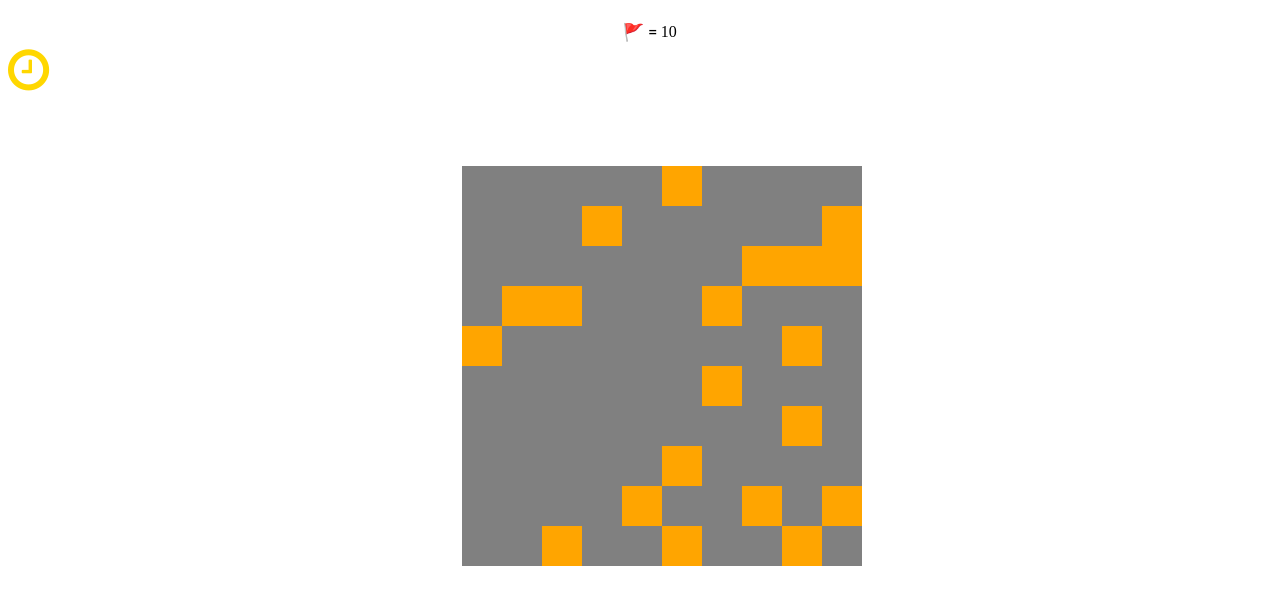
Repository: issaRan/MineSweeper
Page: html/index.html
The author's editor kept a copy of each file at every save. The page is drawn from the files as they stood at one save, then again after the next save.
The browser window is 1280 px wide. The pictures show the whole page.

Above is the page before, as saved 2020-10-23 16:23:11.

### html/index.html
<!DOCTYPE html>
<html lang="en">
<head>
    <meta charset="UTF-8">
    <meta name="viewport" content="width=device-width, initial-scale=1.0">
    <title>MineSweeper</title>
    <link rel="stylesheet" href="../css/styles.css">
    <link rel="stylesheet" href="https://cdnjs.cloudflare.com/ajax/libs/font-awesome/4.7.0/css/font-awesome.min.css">
    <script src="../js/index.js" charset="utf-8"></script>
</head>
<body>
  <div class="flags">🚩 = </div><div class="numOfFlag">10</div>
  <div class="grid"></div>
  <i class="fa fa-clock-o" style="font-size:48px;color:#FFD700"></i>
</body>
</html>

### css/styles.css
.grid {
    height: 400px;
    width: 400px;
    display: flex;
    flex-wrap: wrap;
    background-color: grey;
    position: absolute;
    top: 30%;
    left: 40%;
    margin-top: -50px;
    margin-left: -50px;
    border:1px solid 1px
}
h1{
    position: absolute;
    text-align: center;
}
.fafaClockO{
    font-size:48px;
    color:#FFD700"
}
.grid div {
    border: 5px;
    border-color: #f5f3eb;
    box-sizing: border-box;
    height: 40px;
    width: 40px;
}
.numOfFlag{
    position: absolute;
    margin-left: 51%;
    margin-top: -23px;
}
.flags {
    margin-top: 20px;
    background-color: #ffffff;
    color: #000000;
    font-family: "Roboto", sans-serif;
    font-size: 17px;
    text-align: center;
    line-height: 1.5em;
}
.bomb {
    background-color: orange;
}
.checked{
    background-color: red;
}

### js/index.js
document.addEventListener('DOMContentLoaded',()=>{
    const grid = document.querySelector('.grid')
    let width = 10
    let flag = 10
    let squares = []
    let isGameOver = false
    let bombAamount = 20
    function createBoard(){
        const bombArray = Array(bombAamount).fill('bomb')
        const emptyArray = Array(width*width - bombAamount).fill('valid')
        const gameArray = emptyArray.concat(bombArray)
        const shuffledArray = gameArray.sort(()=> Math.random() -0.5)
        for(let i = 0; i < width*width;i++){
            const sqaure = document.createElement('div')
            sqaure.setAttribute('id',i)
            sqaure.classList.add(shuffledArray[i])
            grid.appendChild(sqaure)
            squares.push(sqaure)
            sqaure.addEventListener('click',(e)=>{
                click(sqaure)
            })
            sqaure.oncontextmenu = function(e){
                e.preventDefault()
                addFlag(sqaure)
            }
        }
        for (let i = 0; i < squares.length; i++) {
            let total = 0
            const isLeftEdge = (i % width === 0)
            const isRightEdge = (i % width === width -1)

            if (squares[i].classList.contains('valid')) {
              if (i > 0 && !isLeftEdge && squares[i -1].classList.contains('bomb')) total ++
              if (i > 9 && !isRightEdge && squares[i + 1 -width].classList.contains('bomb')) total ++
              if (i > 10 && squares[i -width].classList.contains('bomb')) total ++
              if (i > 11 && !isLeftEdge && squares[i -1 -width].classList.contains('bomb')) total ++
              if (i < 98 && !isRightEdge && squares[i +1].classList.contains('bomb')) total ++
              if (i < 90 && !isLeftEdge && squares[i -1 +width].classList.contains('bomb')) total ++
              if (i < 88 && !isRightEdge && squares[i +1 +width].classList.contains('bomb')) total ++
              if (i < 89 && squares[i +width].classList.contains('bomb')) total ++
              squares[i].setAttribute('data', total)
            }
        }
    }
    createBoard()
    function click(square){
        let currentId = square.id
        if(isGameOver) return
        if(square.classList.contains('checked') || square.classList.contains('flag')){
            return
        }
        if(square.classList.contains('bomb')){
            gameOver(square)
        }else{
            let total = square.getAttribute('data')
            if(total != 0){
                square.classList.add('checked')
                square.innerHTML = total
                return
            }
            checkSquare(square,currentId)
        }
        square.classList.add('checked')

    }
    function checkSquare(square,currentId){
        const isLeftEdge = (currentId % width === 0)
        const isRightEdge = (currentId % width === width -1)
        setTimeout(()=>{
            if (currentId > 0 && !isLeftEdge) {
                const newId = squares[parseInt(currentId) -1].id
                //const newId = parseInt(currentId) - 1   ....refactor
                const newSquare = document.getElementById(newId)
                click(newSquare)
              }
              if (currentId > 9 && !isRightEdge) {
                const newId = squares[parseInt(currentId) +1 -width].id
                //const newId = parseInt(currentId) +1 -width   ....refactor
                const newSquare = document.getElementById(newId)
                click(newSquare)
              }
              if (currentId > 10) {
                const newId = squares[parseInt(currentId -width)].id
                const newSquare = document.getElementById(newId)
                click(newSquare)
              }
              if (currentId > 11 && !isLeftEdge) {
                const newId = squares[parseInt(currentId) -1 -width].id

                const newSquare = document.getElementById(newId)
                click(newSquare)
              }
              if (currentId < 98 && !isRightEdge) {
                const newId = squares[parseInt(currentId) +1].id
                const newSquare = document.getElementById(newId)
                click(newSquare)
              }
              if (currentId < 90 && !isLeftEdge) {
                const newId = squares[parseInt(currentId) -1 +width].id
                const newSquare = document.getElementById(newId)
                click(newSquare)
              }
              if (currentId < 88 && !isRightEdge) {
                const newId = squares[parseInt(currentId) +1 +width].id
                const newSquare = document.getElementById(newId)
                click(newSquare)
              }
              if (currentId < 89) {
                const newId = squares[parseInt(currentId) +width].id
                const newSquare = document.getElementById(newId)
                click(newSquare)
              }
        },10)
    }
    function gameOver(square){
        console.log("Boom !")
        isGameOver = true
        squares.forEach(square=> {
            if(square.classList.contains('bomb')){
                square.innerHTML = '💣'
            }
        })
    }
    function addFlag(square){
        if(isGameOver) return
        if(!square.classList.contains('checked') && (flag >= 0)) {
            var c = document.querySelector('.numOfFlag')
            if(!square.classList.contains('flag')){
                square.classList.add('flag')
                square.innerHTML = ' 🚩'
                checkForWin()
                flag--;
                c.textContent = flag
            }else{
                square.classList.remove('flag')
                square.innerHTML = ''
                flag++;
                c.textContent = flag
            }
        }
    }
    function checkForWin(){
        let matches = 0
        for(let i = 0; i < squares.length;i++){
            if(squares[i].classList.contains('flag') && squares[i].classList.contains('bomb')){
                matches++
            }
            if(matches == bombAamount){
                isGameOver = true
                console.log('You Win !')
            }
        }
    }
})

After the next save:
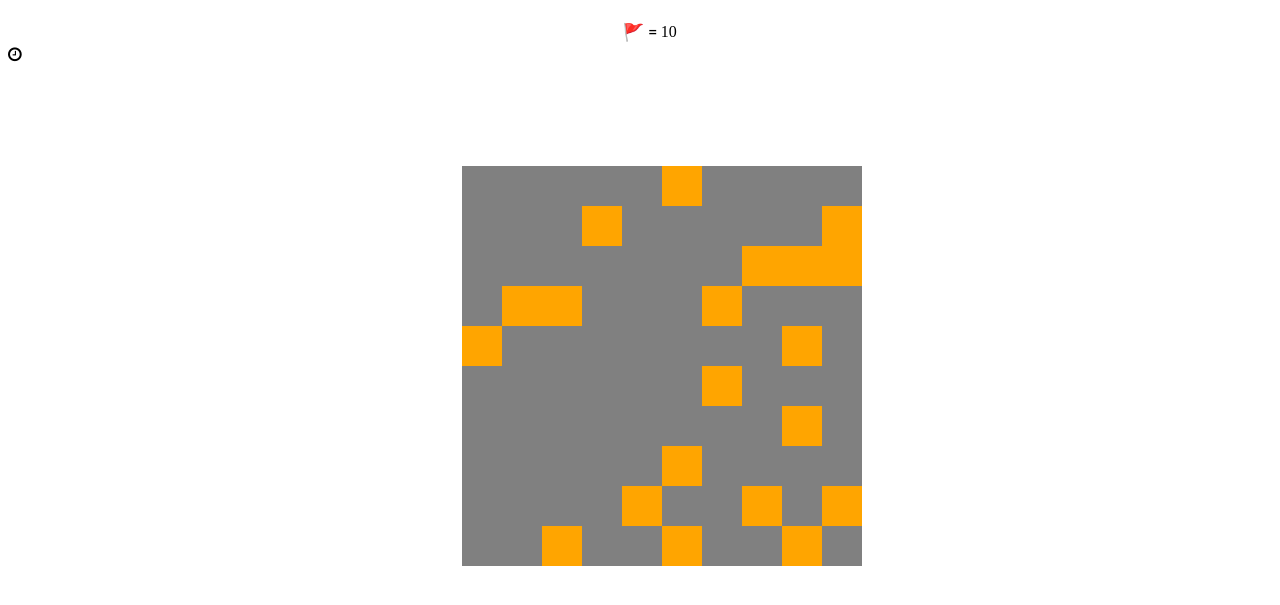
Saved 9 s later.
--- a/html/index.html
+++ b/html/index.html
@@ -11,6 +11,6 @@
 <body>
   <div class="flags">🚩 = </div><div class="numOfFlag">10</div>
   <div class="grid"></div>
-  <i class="fa fa-clock-o" style="font-size:48px;color:#FFD700"></i>
+  <i class="fa fa-clock-o" ></i>
 </body>
 </html>

After the save that followed:
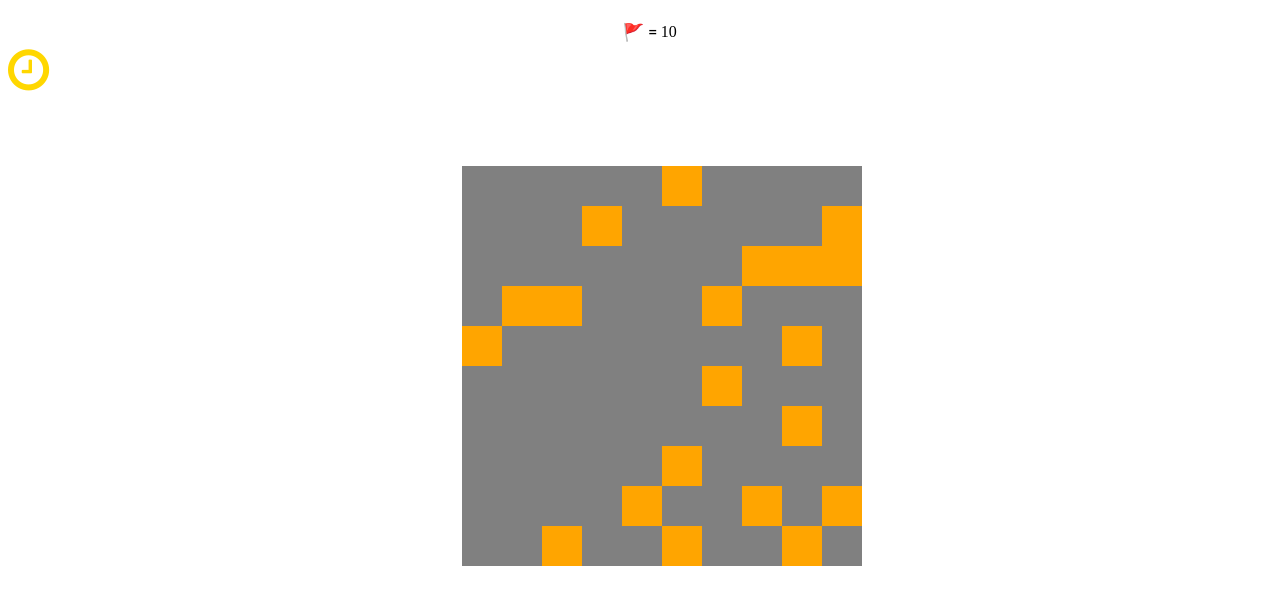
Saved 6 s later.
--- a/html/index.html
+++ b/html/index.html
@@ -11,6 +11,6 @@
 <body>
   <div class="flags">🚩 = </div><div class="numOfFlag">10</div>
   <div class="grid"></div>
-  <i class="fa fa-clock-o" ></i>
+  <i class="fa fa-clock-o" style="font-size:48px;color:#FFD700"></i>
 </body>
 </html>
